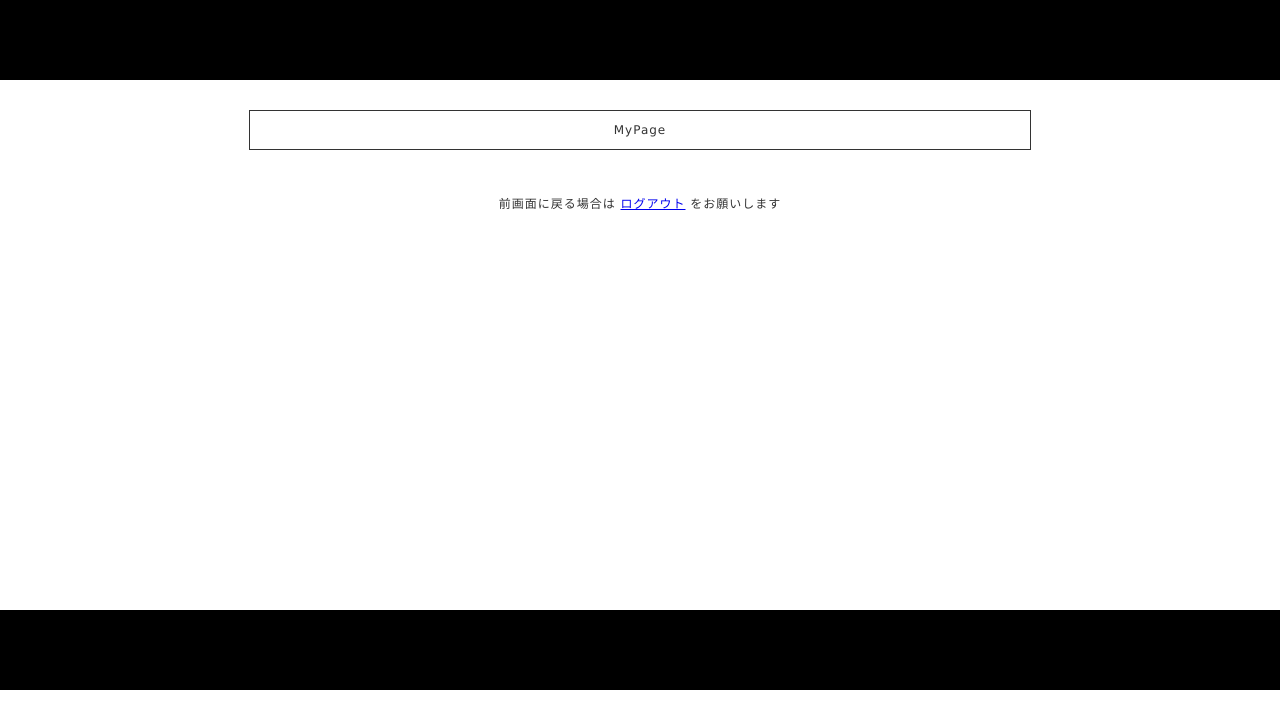
Repository: ryuhei0204/test
Page: http://localhost/template/myPage.jsp
These files come from the project's save history. The page is drawn as it stood at one moment and after the next save; the edit follows.
The browser window is 1280 px wide. The pictures show the whole page.
The page is served by Tomcat 9. Other server files are loaded and not shown.

Above is the page before, as saved 2019-05-17 05:19:49.

### template/WebContent/myPage.jsp
<%@ page language="java" contentType="text/html; charset=UTF-8"
    pageEncoding="UTF-8"%>
<%@ taglib prefix="s" uri="/struts-tags" %>
<!DOCTYPE html>
<html>
<head>
<meta  http-equiv="Content-Type" content="text/html; charset=UTF-8"/>
<meta  http-equiv="Content-Style-Type" content="text/css"/>
<meta  http-equiv="Content-Script-Type" content="text/javascript"/>
<meta  http-equiv="imagetoolbar" content="no"/>
<meta name="description" content=""/>
<meta name="keywords" content=""/>
<title>MyPage画面</title>

<style type="text/css">
/*========TAG LAYOUT========*/
   body{
     margin:0;
     padding:0;
     line-geight:1.6;
     letter-spacing:1px;
     font-family:Verdana,Helvetica,sans-serif;
     font-size:12px;
     color:#333;
     background:#fff;
   }

   table{
     text-align:center;
     margin:0 auto;
   }

   /*========ID LAYOUT========*/

   #top{
     width:780px;
     margin:30px auto;
     border:1px solid #333;
   }

   #header{
     width:100%;
     height:80px;
     background-color:black;
   }

   #main{
     width:100%;
     height:500px;
     text-align:center;
   }

   #footer{
     width:100%;
     height:80px;
     background-color:black;
     clear:both;
   }
</style>
</head>
<body>
   <div id="header">
      <div id="pr">
      </div>
   </div>
   <div id="main">
      <div id="top">
         <p>MyPage</p>
      </div>
      <div>
      <s:if test="session.message==''">
         <h3>ご購入情報は以下になります。</h3>
         <table>
            <tr>
               <td>商品名</td>
               <td><s:property value="session.buyItem_name"/></td>
            </tr>
            <tr>
               <td>値段</td>
               <td>
                  <s:property value="session.total_price"/>
                     <span>円</span>
               </td>
            <tr>
               <td>購入個数</td>
               <td>
                  <s:property value="session.total_count"/>
                    <span>個</span>
               </td>
            </tr>
            <tr>
               <td>支払い方法</td>
               <td><s:property value="session.total_payment"/></td>
            </tr>

         </table>
         <s:form action="MyPageAction">
            <input type="hidden" name="deleteFlg" value="1">
            <s:submit value="削除" method="delete"/>
         </s:form>
      </s:if>
         <div>
            <br>
            <span>前画面に戻る場合は</span>
            <a href='<s:url action="HomeAction"/>'>ログアウト</a>
            <span>をお願いします</span>
         </div>
      </div>
   </div>
   <div id="footer">
     <div id="pr">
     </div>
   </div>
</body>
</html>

After the next save:
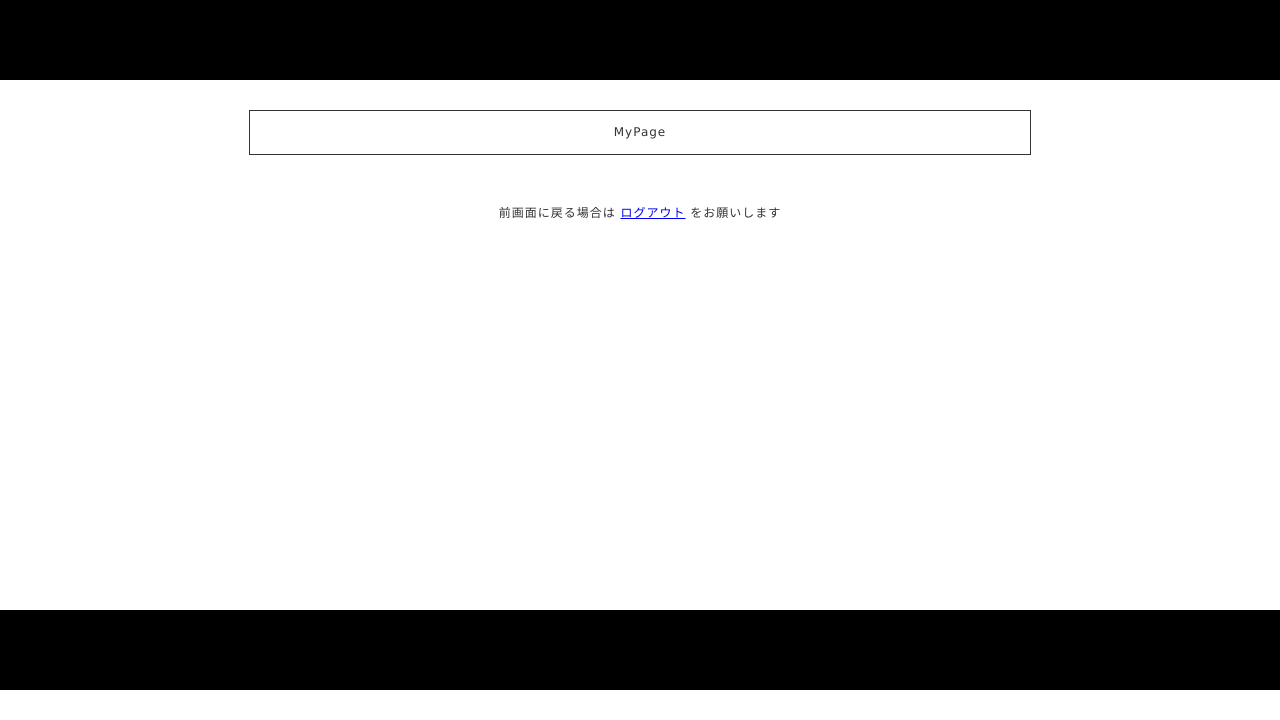
Saved 4 min 5 s later.
--- a/template/WebContent/myPage.jsp
+++ b/template/WebContent/myPage.jsp
@@ -17,7 +17,7 @@
    body{
      margin:0;
      padding:0;
-     line-geight:1.6;
+     line-height:1.6;
      letter-spacing:1px;
      font-family:Verdana,Helvetica,sans-serif;
      font-size:12px;
